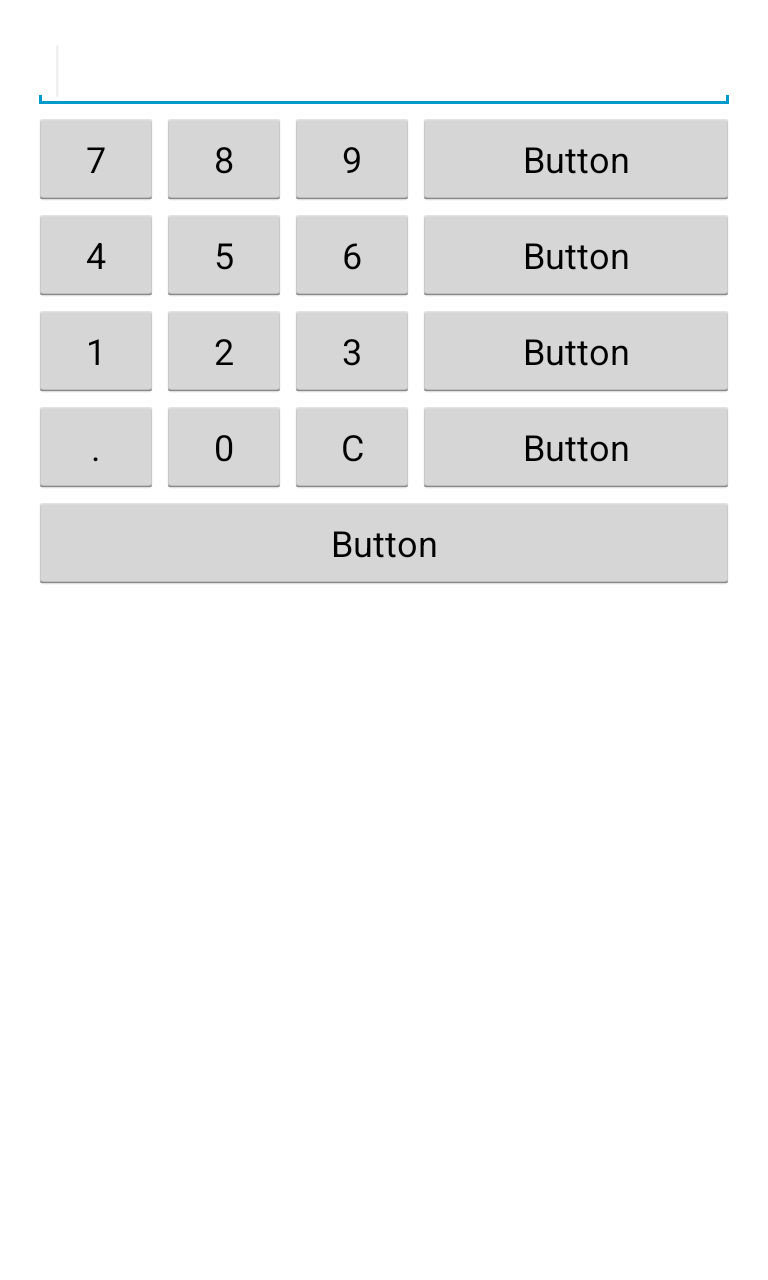
Repository: HGtz2222/LearningAndroid
Layout: test1/Calc/res/layout/activity_main.xml
These files come from the project's save history. The layout is drawn as it stood at one moment and after the next save; the edit follows.
It is drawn on a 768 x 1280 px phone screen (xhdpi) without system bars, with theme AppTheme; the app's code is not run.

Above is the layout before, as saved 2014-09-15 02:55:46.

### test1/Calc/res/layout/activity_main.xml
<LinearLayout xmlns:android="http://schemas.android.com/apk/res/android"
    xmlns:tools="http://schemas.android.com/tools"
    android:id="@+id/LinearLayout1"
    android:layout_width="match_parent"
    android:layout_height="match_parent"
    android:orientation="vertical"
    android:paddingBottom="@dimen/activity_vertical_margin"
    android:paddingLeft="@dimen/activity_horizontal_margin"
    android:paddingRight="@dimen/activity_horizontal_margin"
    android:paddingTop="@dimen/activity_vertical_margin"
    tools:context=".MainActivity" >

    <EditText
        android:id="@+id/screen"
        android:layout_width="match_parent"
        android:layout_height="wrap_content"
        android:ems="10" >
        <requestFocus />
    </EditText>

    <RelativeLayout
        android:layout_width="match_parent"
        android:layout_height="match_parent" >

        <Button
            android:id="@+id/button1"
            android:layout_width="wrap_content"
            android:layout_height="wrap_content"
            android:layout_alignParentLeft="true"
            android:layout_alignParentTop="true"
            android:text="@string/num7" />

        <Button
            android:id="@+id/button2"
            android:layout_width="wrap_content"
            android:layout_height="wrap_content"
            android:layout_alignParentTop="true"
            android:layout_toRightOf="@+id/button1"
            android:text="@string/num8" />

        <Button
            android:id="@+id/button3"
            android:layout_width="wrap_content"
            android:layout_height="wrap_content"
            android:layout_alignParentTop="true"
            android:layout_toRightOf="@+id/button2"
            android:text="@string/num9" />

        <Button
            android:id="@+id/button4"
            android:layout_width="wrap_content"
            android:layout_height="wrap_content"
            android:layout_alignParentLeft="true"
            android:layout_below="@+id/button1"
            android:text="@string/num4" />

        <Button
            android:id="@+id/button5"
            android:layout_width="wrap_content"
            android:layout_height="wrap_content"
            android:layout_alignBaseline="@+id/button4"
            android:layout_alignBottom="@+id/button4"
            android:layout_alignLeft="@+id/button2"
            android:text="@string/num5" />

        <Button
            android:id="@+id/button6"
            android:layout_width="wrap_content"
            android:layout_height="wrap_content"
            android:layout_alignBaseline="@+id/button5"
            android:layout_alignBottom="@+id/button5"
            android:layout_alignLeft="@+id/button3"
            android:text="@string/num6" />

        <Button
            android:id="@+id/button7"
            android:layout_width="wrap_content"
            android:layout_height="wrap_content"
            android:layout_alignParentLeft="true"
            android:layout_below="@+id/button4"
            android:text="@string/num1" />

        <Button
            android:id="@+id/button8"
            android:layout_width="wrap_content"
            android:layout_height="wrap_content"
            android:layout_alignBaseline="@+id/button7"
            android:layout_alignBottom="@+id/button7"
            android:layout_alignLeft="@+id/button5"
            android:text="@string/num2" />

        <Button
            android:id="@+id/button9"
            android:layout_width="wrap_content"
            android:layout_height="wrap_content"
            android:layout_alignBaseline="@+id/button8"
            android:layout_alignBottom="@+id/button8"
            android:layout_alignLeft="@+id/button6"
            android:text="@string/num3" />

        <Button
            android:id="@+id/button10"
            android:layout_width="wrap_content"
            android:layout_height="wrap_content"
            android:layout_alignParentLeft="true"
            android:layout_below="@+id/button7"
            android:text="@string/point" />

        <Button
            android:id="@+id/button11"
            android:layout_width="wrap_content"
            android:layout_height="wrap_content"
            android:layout_alignBaseline="@+id/button10"
            android:layout_alignBottom="@+id/button10"
            android:layout_toRightOf="@+id/button10"
            android:text="@string/num0" />

        <Button
            android:id="@+id/button12"
            android:layout_width="wrap_content"
            android:layout_height="wrap_content"
            android:layout_alignLeft="@+id/button9"
            android:layout_below="@+id/button9"
            android:text="@string/clear" />

        <Button
            android:id="@+id/button13"
            android:layout_width="wrap_content"
            android:layout_height="wrap_content"
            android:layout_alignParentLeft="true"
            android:layout_alignParentRight="true"
            android:layout_below="@+id/button10"
            android:text="Button" />

        <Button
            android:id="@+id/button14"
            android:layout_width="wrap_content"
            android:layout_height="wrap_content"
            android:layout_alignBottom="@+id/button3"
            android:layout_alignParentRight="true"
            android:layout_alignParentTop="true"
            android:layout_toRightOf="@+id/button3"
            android:text="Button" />

        <Button
            android:id="@+id/Button01"
            android:layout_width="wrap_content"
            android:layout_height="wrap_content"
            android:layout_above="@+id/button9"
            android:layout_alignLeft="@+id/button14"
            android:layout_alignParentRight="true"
            android:layout_alignTop="@+id/button6"
            android:text="Button" />

        <Button
            android:id="@+id/button15"
            android:layout_width="wrap_content"
            android:layout_height="wrap_content"
            android:layout_alignBottom="@+id/button9"
            android:layout_alignLeft="@+id/Button01"
            android:layout_alignParentRight="true"
            android:layout_below="@+id/button6"
            android:text="Button" />

        <Button
            android:id="@+id/button16"
            android:layout_width="wrap_content"
            android:layout_height="wrap_content"
            android:layout_alignBottom="@+id/button12"
            android:layout_alignLeft="@+id/button15"
            android:layout_alignParentRight="true"
            android:layout_below="@+id/button9"
            android:text="Button" />

    </RelativeLayout>

</LinearLayout>

### test1/Calc/res/values/strings.xml
<?xml version="1.0" encoding="utf-8"?>
<resources>

    <string name="app_name">Calc</string>
    <string name="action_settings">Settings</string>
    <string name="hello_world">Hello world!</string>
    <string name="num0">0</string>
    <string name="num1">1</string>
    <string name="num2">2</string>
    <string name="num3">3</string>
    <string name="num4">4</string>
    <string name="num5">5</string>
    <string name="num6">6</string>
    <string name="num7">7</string>
    <string name="num8">8</string>
    <string name="num9">9</string>
    <string name="point">.</string>
    <string name="plus">+</string>
    <string name="minus">-</string>
    <string name="mutli">*</string>
    <string name="divide">/</string>
    <string name="equal">=</string>
    <string name="clear">C</string>

</resources>

Loaded but not shown: test1/Calc/res/values/styles.xml (common file); test1/Calc/res/values-v11/styles.xml (common file); test1/Calc/res/values-v14/styles.xml (common file); test1/Calc/res/values/dimens.xml (common file)

After the next save:
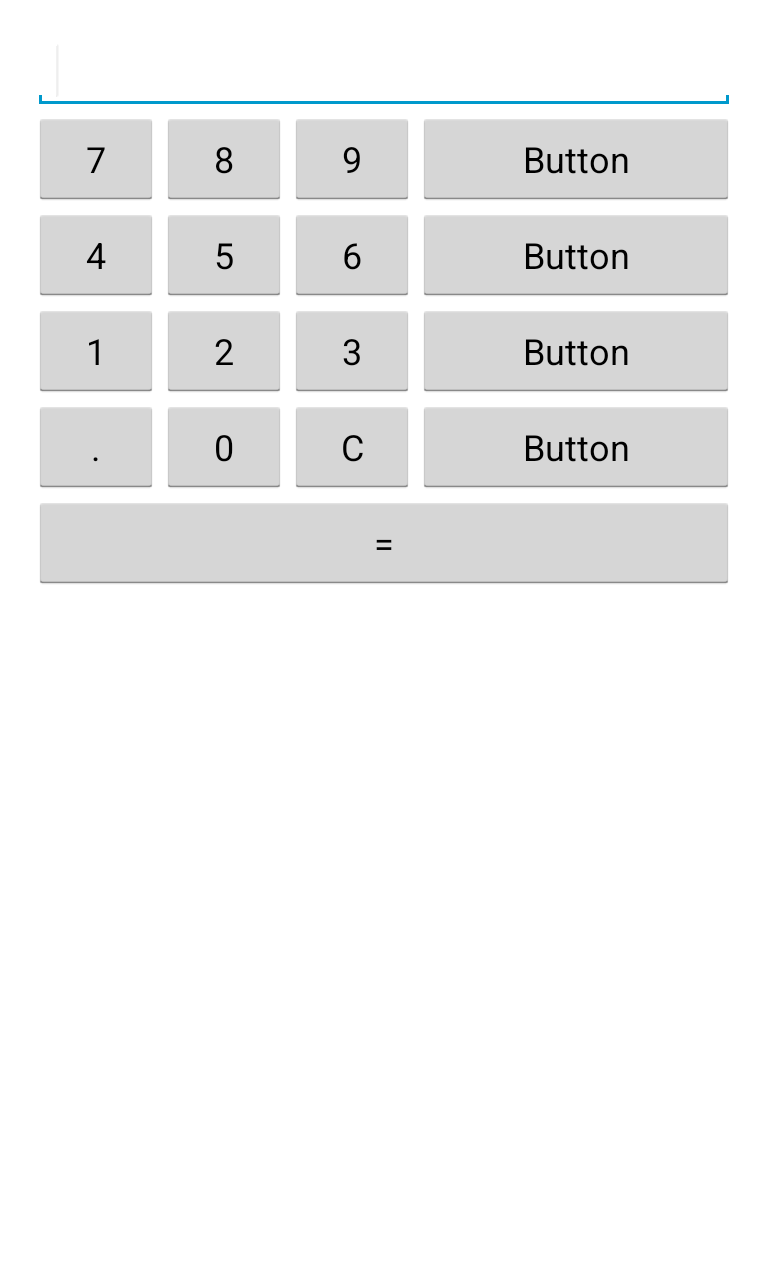
Saved 9 s later.
--- a/test1/Calc/res/layout/activity_main.xml
+++ b/test1/Calc/res/layout/activity_main.xml
@@ -130,7 +130,7 @@
             android:layout_alignParentLeft="true"
             android:layout_alignParentRight="true"
             android:layout_below="@+id/button10"
-            android:text="Button" />
+            android:text="@string/equal" />
 
         <Button
             android:id="@+id/button14"
